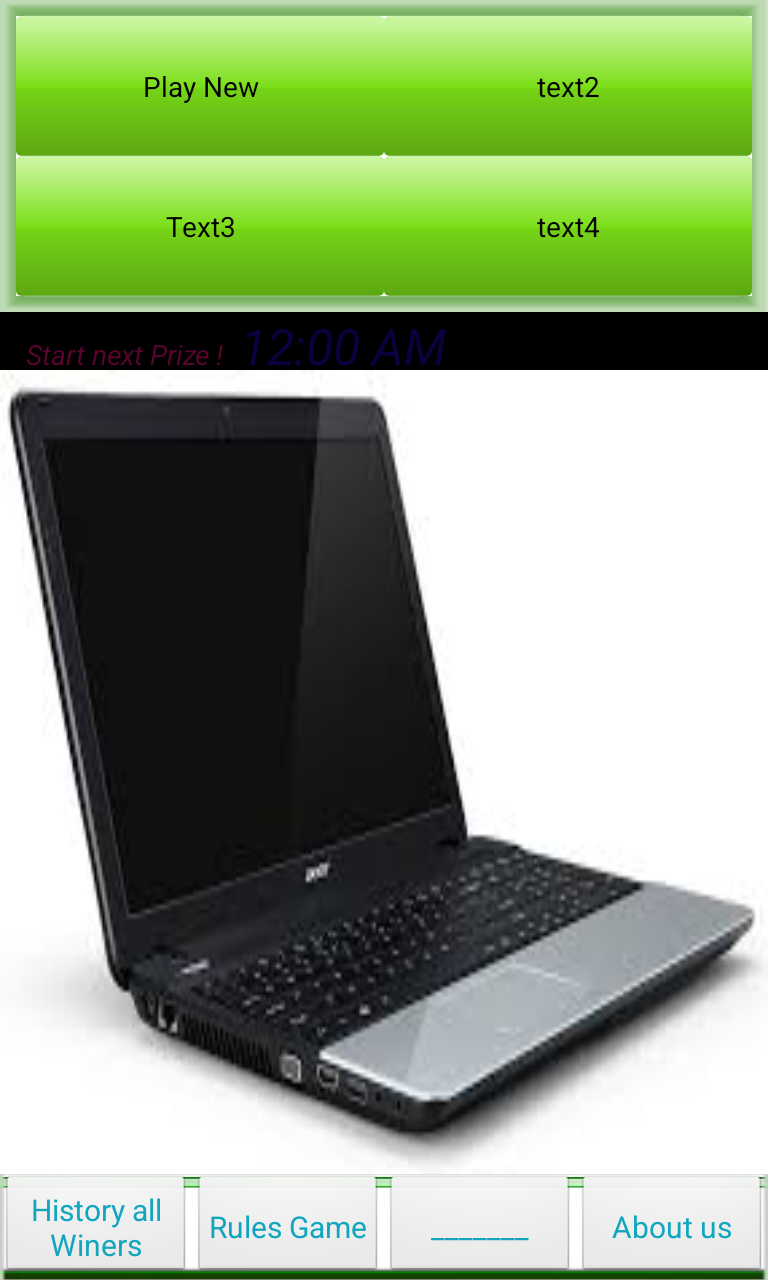
Repository: Skyremix/lottery
Layout: lotery/thelotter/res/layout/activity_main.xml
These files come from the project's save history. The layout is drawn as it stood at one moment and after the next save; the edit follows.
It is drawn on a 768 x 1280 px phone screen (xhdpi) without system bars, with theme android:Theme.WithActionBar; the app's code is not run. The app's manifest (not shown) leaves right-to-left support off. So textAlignment, textDirection and layoutDirection are ignored, and left and right values win over start and end ones.

Above is the layout before, as saved 2015-04-07 20:41:28.

After the next save:
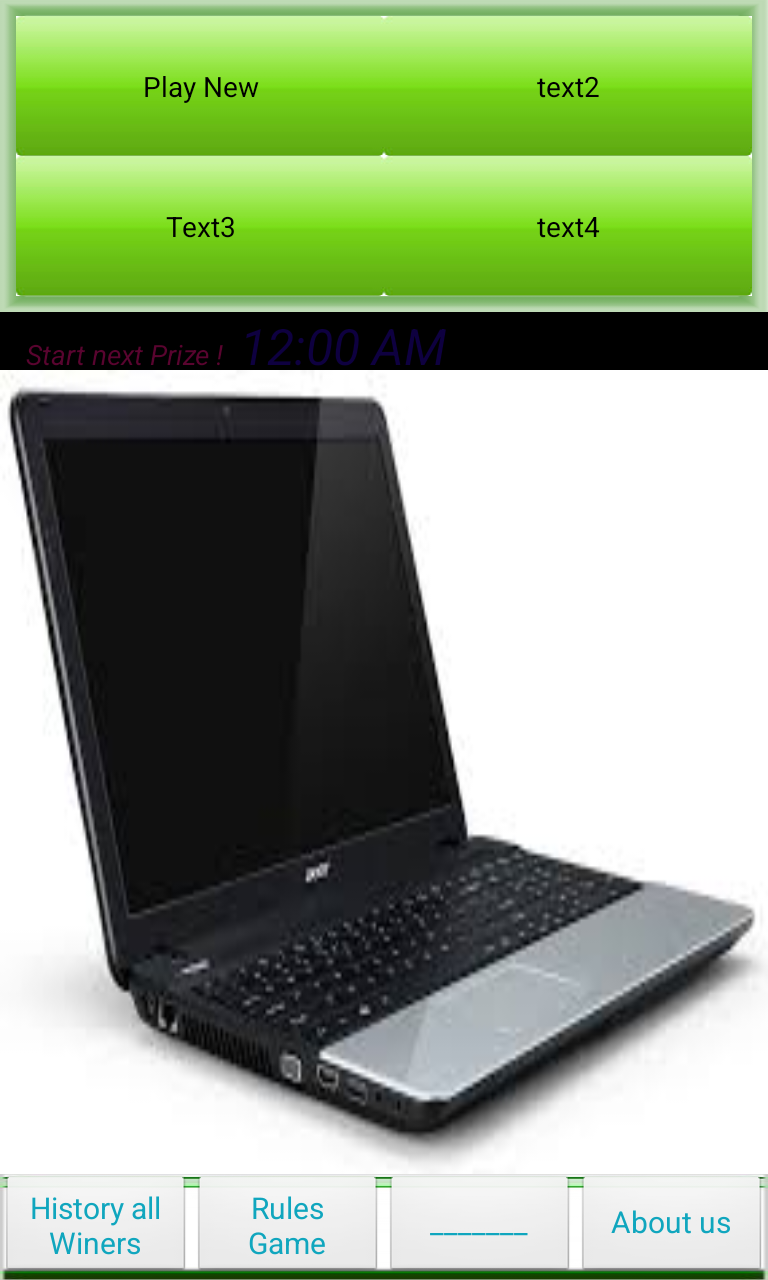
Saved 29 s later.
--- a/lotery/thelotter/res/layout/activity_main.xml
+++ b/lotery/thelotter/res/layout/activity_main.xml
@@ -147,11 +147,8 @@
             android:layout_width="match_parent"
             android:layout_height="match_parent"
             android:text="History all Winers"
-
             android:textSize="15sp"
             android:textColor="#10A6BE"
-            android:layout_margin="0dp"
-            android:padding="0dp"
             android:layout_weight="1"/>
 
          <Button
@@ -159,11 +156,8 @@
             android:layout_width="match_parent"
             android:layout_height="match_parent"
             android:text="Rules Game"
-
             android:textSize="15sp"
             android:textColor="#10A6BE"
-            android:layout_margin="0dp"
-            android:padding="0dp"
             android:layout_weight="1"/>
 
       <Button
@@ -171,11 +165,8 @@
             android:layout_width="match_parent"
             android:layout_height="match_parent"
             android:text="_______"
-
             android:textSize="15sp"
             android:textColor="#10A6BE"
-            android:layout_margin="0dp"
-            android:padding="0dp"
             android:layout_weight="1"/>
 
         <Button
@@ -183,11 +174,8 @@
             android:layout_width="match_parent"
             android:layout_height="match_parent"
             android:text="About us"
-
             android:textSize="15sp"
             android:textColor="#10A6BE"
-            android:layout_margin="0dp"
-            android:padding="0dp"
             android:layout_weight="1"/>
 
     </LinearLayout>
